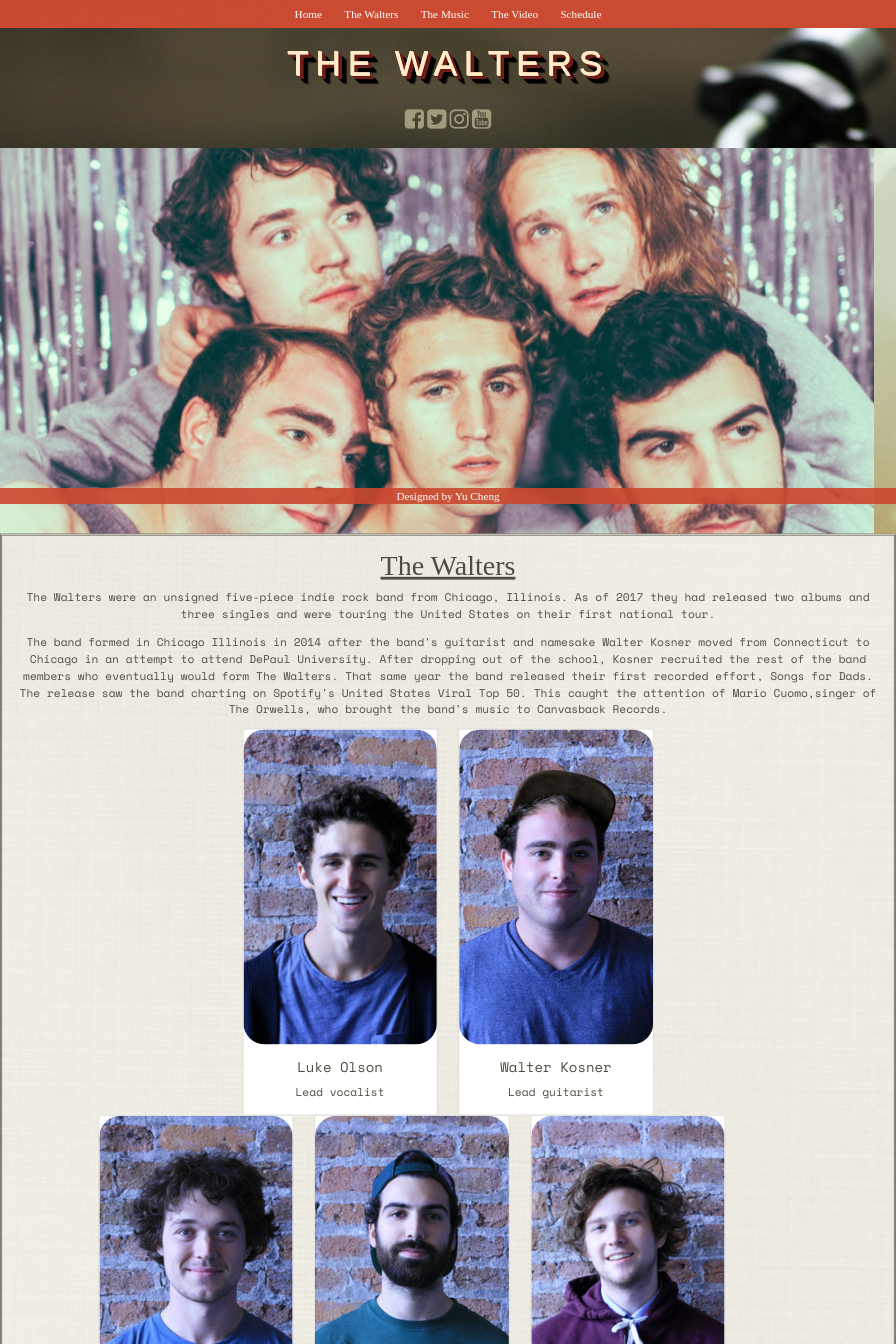
Repository: yucheng91/CIassignment1
Page: index.html
The author's editor kept a record of every edit. The page is drawn from the files as they stood at one moment, then again after the next edit.
The browser window is 1280 px wide. The pictures show the part of the page from y = 0 to 1920 px (the page is 3784 px tall), at 70% of full size.
Backgrounds fixed to the window are drawn as part of the page. Some web fonts or font styles are not loaded; a fallback is used.

Above is the page before.

### index.html
<!doctype html>
<html lang="en">

<head>
  <!-- Required meta tags -->
  <meta charset="utf-8">
  <meta name="viewport" content="width=device-width, initial-scale=1, shrink-to-fit=no">

  <!-- Bootstrap CSS -->
  <link rel="stylesheet" href="https://stackpath.bootstrapcdn.com/bootstrap/4.3.1/css/bootstrap.min.css" integrity="sha384-ggOyR0iXCbMQv3Xipma34MD+dH/1fQ784/j6cY/iJTQUOhcWr7x9JvoRxT2MZw1T" crossorigin="anonymous">
  <link rel="stylesheet" href="style.css" type="text/css" />
  <link rel="stylesheet" href="https://maxcdn.bootstrapcdn.com/font-awesome/4.7.0/css/font-awesome.min.css" type="text/css" />
  <link href='https://fonts.googleapis.com/css?family=Allerta Stencil' rel='stylesheet'>
  <link href="https://fonts.googleapis.com/css?family=Space+Mono&display=swap" rel="stylesheet">
  <link href="https://fonts.googleapis.com/css?family=Righteous&display=swap" rel="stylesheet">
  <script src="https://code.jquery.com/jquery-3.4.1.js" integrity="sha256-WpOohJOqMqqyKL9FccASB9O0KwACQJpFTUBLTYOVvVU=" crossorigin="anonymous"></script>
  <title>The Walters</title>
</head>

<body>
  <header>
    <ul class="nav justify-content-center">
      <li class="nav-item">
        <a class="nav-link active" href="#navhome">Home</a>
      </li>
      <li class="nav-item">
        <a class="nav-link" href="#navwalters">The Walters</a>
      </li>
      <li class="nav-item">
        <a class="nav-link" href="#navmusic">The Music</a>
      </li>
      <li class="nav-item">
        <a class="nav-link" href="#navvideo">The Video</a>
      </li>
      <li class="nav-item">
        <a class="nav-link" href="#navschedule">Schedule</a>
      </li>
    </ul>
  </header>

  <section id="content">
    <section id="title">
      <div class="container-fluid">
        <div class="row">
          <div class="col">
            <span id="navhome" class="anchor"></span>
            <div class="vintage__container">
              <p class="vintage vintage__bot">THE WALTERS</p>
            </div>
          </div>
        </div>
        <div>
          <a href="https://www.facebook.com/TheWaltersband"><i class="fa fa-facebook-square fa-2x" aria-hidden="true"></i></a>
          <a href="https://twitter.com/TheWalters_"><i class="fa fa-twitter-square fa-2x" aria-hidden="true"></i></a>
          <a href="https://www.instagram.com/thewalters_/?hl=en"><i class="fa fa-instagram fa-2x" aria-hidden="true"></i></a>
          <a href="https://www.youtube.com/channel/UCm54E8Hlf_z1GIpVUChBTQA"><i class="fa fa-youtube-square fa-2x" aria-hidden="true"></i></a>
        </div>
      </div>
      </div>
      </br>
    </section>

    <section id="thecarousel">
      <div id="carouselExampleControls" class="carousel slide" data-ride="carousel">
        <div class="carousel-inner">
          <div class="carousel-item active">
            <img class="d-block w-100" src="images/c1.jpg" alt="The Walters Group Photo 1">
          </div>
          <div class="carousel-item">
            <img class="d-block w-100" src="images/c2.jpg" alt="The Walters Group Photo 2">
          </div>
          <div class="carousel-item">
            <img class="d-block w-100" src="images/c3.jpg" alt="The Walters Group Photo 3">
          </div>
        </div>
        <a class="carousel-control-prev" href="#carouselExampleControls" role="button" data-slide="prev">
    <span class="carousel-control-prev-icon" aria-hidden="true"></span>
    <span class="sr-only">Previous</span>
  </a>
        <a class="carousel-control-next" href="#carouselExampleControls" role="button" data-slide="next">
    <span class="carousel-control-next-icon" aria-hidden="true"></span>
    <span class="sr-only">Next</span>
  </a>
      </div>
    </section>

    <section id="themembers">
      <span id="navwalters" class="anchor"></span>
      <h1>The Walters</h1>
      <div class="text-content">
        <p>The Walters were an unsigned five-piece indie rock band from Chicago, Illinois. As of 2017 they had released two albums and three singles and were touring the United States on their first national tour.</p>
        <p>The band formed in Chicago Illinois in 2014 after the band's guitarist and namesake Walter Kosner moved from Connecticut to Chicago in an attempt to attend DePaul University. After dropping out of the school, Kosner recruited the rest of the band
          members who eventually would form The Walters. That same year the band released their first recorded effort, Songs for Dads. The release saw the band charting on Spotify's United States Viral Top 50. This caught the attention of Mario Cuomo,singer
          of The Orwells, who brought the band's music to Canvasback Records.</p>
        <div class="container-fluid">
          <div class="row">
            <div class="col-3"></div>
            <div class="col-12 col-md-3 card-padding">
              <div class="card">
                <img class="card-img-top" src="images/lukeolson.png" alt="Luke Olson Photo">
                <div class="card-body">
                  <h5 class="card-title">Luke Olson</h5>
                  <p class="card-text">Lead vocalist</p>
                </div>
              </div>
            </div>
            <div class="col-12 col-md-3 card-padding">
              <div class="card">
                <img class="card-img-top" src="images/walterkosner.png" alt="Walter Kosner Photo">
                <div class="card-body">
                  <h5 class="card-title">Walter Kosner</h5>
                  <p class="card-text">Lead guitarist</p>
                </div>
              </div>
            </div>
            <div class="col-3"></div>
          </div>
          <div class="row">
            <div class="col-1"></div>
            <div class="col-12 col-md-3 card-padding">
              <div class="card">
                <img class="card-img-top" src="images/charlieekhaus.jpeg" alt="Charlie Ekhaus Photo">
                <div class="card-body">
                  <h5 class="card-title">Charlie Ekhaus</h5>
                  <p class="card-text">Drummer</p>
                </div>
              </div>
            </div>
            <div class="col-12 col-md-3 card-padding">
              <div class="card">
                <img class="card-img-top" src="images/mjtirabassi.jpeg" alt="Michael Tirabassi Photo">
                <div class="card-body">
                  <h5 class="card-title">Michael Tirabassi</h5>
                  <p class="card-text">Vocalist</p>
                </div>
              </div>
            </div>
            <div class="col-12 col-md-3 card-padding">
              <div class="card">
                <img class="card-img-top" src="images/dannywells.png" alt="Danny Wells photo">
                <div class="card-body">
                  <h5 class="card-title">Danny Wells</h5>
                  <p class="card-text">Bass</p>
                </div>
              </div>
            </div>
            <div class="col-1"></div>
          </div>
        </div>
      </div>
    </section>

    <section id="themusic">
      <span id="navmusic" class="anchor"></span>
      <h1>The Music</h1>
      <div class="container-fluid">
        <div class="row">
          <div class="col-2"></div>
          <div class="col-12 col-md-4">
            <iframe src="https://open.spotify.com/embed/album/3MFTbUnA8C9T6KCBb0gpH5" style="border: 0; width: 100%; height: 380px;" allowfullscreen allow="autoplay; encrypted-media"></iframe>
          </div>
          <div class="col-12 col-md-4">
            <iframe src="https://open.spotify.com/embed/album/5ADia0t4o7pA8dyi8jRA4E" style="border: 0; width: 100%; height: 380px;" allowfullscreen allow="autoplay; encrypted-media"></iframe>
          </div>
          <div class="col-2"></div>
    </section>

    <section id="thevideo">
      <span id="navvideo" class="anchor"></span>
      <h1>The Video</h1>
      <div class="embed-responsive embed-responsive-16by9">
        <iframe class="embed-responsive-item" src="https://www.youtube.com/embed/5zfrnme2nJ4" allowfullscreen></iframe>
      </div>
    </section>

    <section id="schedule">
      <span id="navschedule" class="anchor"></span>
        <h1>Schedule 2019</h1>
      <div class="text-content">
        <div class="container-fluid">
          <div class="row">
            <div class="col-12 col-md-3">
              <p>26 July, 8:30pm</p>
            </div>
            <div class="col-12 col-md-6">
              <p>Hard Rock Hotel, Resort World Sentosa</p>
            </div>
            <div class="col-12 col-md-3 text-center">
              <a href="https://www.eventbrite.sg"><button type="button" class="btn btn-dark">RSVP</button></p></a>
            </div>
          </div>
          <div class="row">
            <div class="col-12 col-md-3">
              <p>30 August, 8pm</p>
            </div>
            <div class="col-12 col-md-6">
              <p>Hard Rock Cafe, Orchard Singapore</p>
            </div>
            <div class="col-12 col-md-3 text-center">
              <a href="https://www.eventbrite.sg"><button type="button" class="btn btn-dark">RSVP</button></p></a>
            </div>
          </div>
          <div class="row">
            <div class="col-12 col-md-3">
              <p>27 September, 8:30pm</p>
            </div>
            <div class="col-12 col-md-6">
              <p>Hard Rock Hotel, Resort World Sentosa</p>
            </div>
            <div class="col-12 col-md-3 text-center">
              <a href="https://www.eventbrite.sg"><button type="button" class="btn btn-dark">RSVP</button></p></a>
            </div>
          </div>
          <div class="row">
            <div class="col-12 col-md-3">
              <p>26 October, 8pm</p>
            </div>
            <div class="col-12 col-md-6">
              <p>Hard Rock Cafe, Orchard Singapore</p>
            </div>
            <div class="col-12 col-md-3 text-center">
              <a href="https://www.eventbrite.sg"><button type="button" class="btn btn-dark">RSVP</button></p></a>
            </div>
          </div>
        </div>
      </div>
    </section>
  </section>

  <footer>
    <p>Designed by Yu Cheng</p>
  </footer>

  <!-- Optional JavaScript -->
  <!-- jQuery first, then Popper.js, then Bootstrap JS -->
  <script type="text/javascript" src="jquery.js"></script>
  <script src="https://cdnjs.cloudflare.com/ajax/libs/popper.js/1.14.7/umd/popper.min.js" integrity="sha384-UO2eT0CpHqdSJQ6hJty5KVphtPhzWj9WO1clHTMGa3JDZwrnQq4sF86dIHNDz0W1" crossorigin="anonymous"></script>
  <script src="https://stackpath.bootstrapcdn.com/bootstrap/4.3.1/js/bootstrap.min.js" integrity="sha384-JjSmVgyd0p3pXB1rRibZUAYoIIy6OrQ6VrjIEaFf/nJGzIxFDsf4x0xIM+B07jRM" crossorigin="anonymous"></script>
</body>

</html>

### style.css
/*vintage container for the walters header*/

.vintage__container {
  display: inline-block;
  margin: 25px auto 40px;
}

.vintage {
  font-family: 'Six Caps', sans-serif;
  font-size: 50px;
  letter-spacing: 10px;
  line-height: 1;
  margin: 0;
  position: relative;
}

.vintage__top {
    color:rgb(255, 228, 193);
    position: absolute;
}

.vintage__bot {
  text-shadow:
    0px 0px rgb(255, 228, 193),
    1px 1px rgb(255, 228, 193),
    2px 2px rgb(100, 20, 15),
    3px 3px rgb(105, 25, 20),
    4px 4px rgb(110, 30, 25),
    5px 5px rgb(115, 30, 30),
    6px 6px rgb(120, 30, 35),
    7px 7px black,
    8px 8px black,
    9px 9px black,
    10px 10px black,
    11px 11px rgba(0, 0, 0, 0.9),
    12px 12px rgba(0, 0, 0, 0.7),
    13px 13px rgba(0, 0, 0, 0.5),
    14px 14px rgba(0, 0, 0, 0.1);

}

/*Style for entire website*/

body {
    text-align:center;
    background:url("images/background2.jpg");
}

header {
    position: fixed;
    top: 0;
    width: 100%;
    background-color:#ca482eFA;
    z-index:1;
}

header a{
    color:white;
    font-family: 'Nanum Pen Script', cursive;
}

#title {
    background-color:#f1ede2B3;
    color:rgb(255, 235, 201);
    background:url("images/disc.jpg");
    background-attachment:fixed;
}

i {
    color:rgb(162,155,126);
}

/*img is only for carousel*/
img {
    height: 550px;
    width: 100%;
    object-fit: cover;
}

#schedule{
    background-color:#8adad7B3;
    color:rgb(54,138,138);
    border-width:3px;
    border-style:double;
    margin-bottom:22px;;
    padding:20px;
}

.text-content {
    font-family: 'Space Mono', monospace;
}

#themembers{
    background-color:#f1ede2B3;
    color:rgb(80,76,65);
    padding:20px;
    border-width:3px;
    border-style:double;
}

#themembers img{
    border-radius: 30px;
    height:450px;
}

#themusic{
    background-color:#ff7858B3;
    color:rgb(144,67,41);
    padding:20px;
}

#thevideo{
    color:white;
    padding:20px;
    background:url("images/music.jpg");
    background-attachment:fixed;
}

#thevideo h1{
    background-color:#000000BF;
}

h1 {
    font-family: 'Nanum Pen Script', cursive;
    text-decoration:underline;
}

#content {
    margin-top: 40px;
    z-index:-1;
}

footer {
    position: fixed;
    bottom: 0;
    width: 100%;
    padding:0;
    height:23px;
    background-color:#ca482eE6;
    color:white;
    font-family: 'Nanum Pen Script', cursive;
}

/*anchor class to ensure that navbar will not be blocking the section title when clicked.*/
.anchor{
  display: block;
  height: 40px;
  margin-top: -40px;
  visibility: hidden;
}

/*Font change to address the size change*/
@media (max-width: 521px) {
    #content {
        font-size: 15px;
        margin-top:80px;
    }
    .vintage {
        font-size:40px;
    }

    h1 {
        font-size: 27px;
    }

    p {
        font-size: 15px;
    }
    .anchor{
      display: block;
      height: 80px;
      margin-top: -80px;
      visibility: hidden;
    }
}

@media (max-width:315px) {
    .vintage {
        font-size:30px;
    }

    #content {
        font-size: 15px;
        margin-top:120px;
    }

    h1 {
        font-size:20px;
    }

    .anchor{
      display: block;
      height: 120px;
      margin-top: -120px;
      visibility: hidden;
    }

}

### jquery.js
/* global $ */

$("#thecarousel").hide();
$("#upcomingshow").hide();
$("#themembers").hide();
$("#themusic").hide();
$("#thevideo").hide();

$(function(){
    $("#thecarousel").fadeIn(2000);
    $("#upcomingshow").fadeIn(2500);
    $("#themembers").fadeIn(3000);
    $("#themusic").fadeIn(3500);
    $("#thevideo").fadeIn(4000);
})

After the next edit:
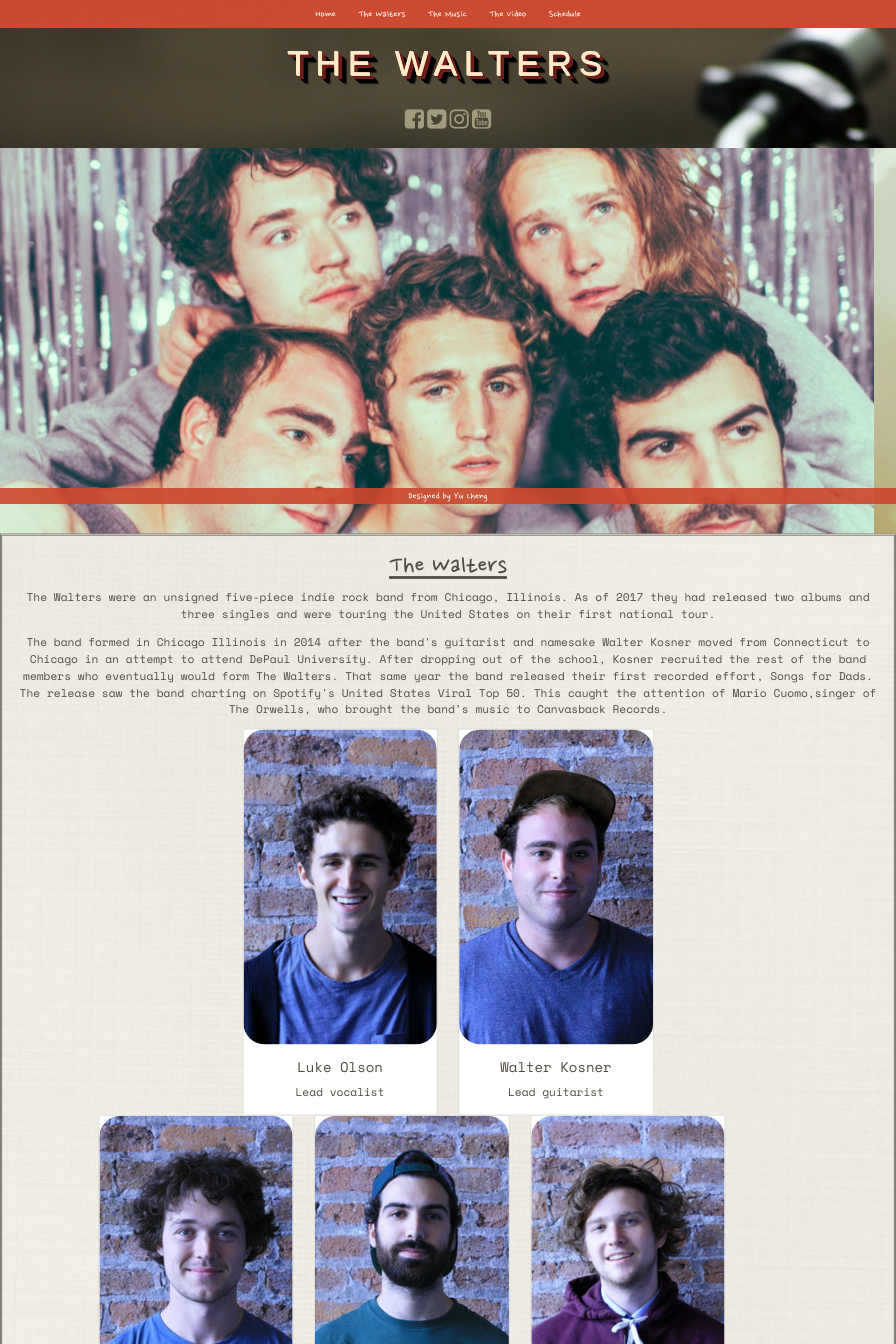
The edit:
--- a/index.html
+++ b/index.html
@@ -13,6 +13,7 @@
   <link href='https://fonts.googleapis.com/css?family=Allerta Stencil' rel='stylesheet'>
   <link href="https://fonts.googleapis.com/css?family=Space+Mono&display=swap" rel="stylesheet">
   <link href="https://fonts.googleapis.com/css?family=Righteous&display=swap" rel="stylesheet">
+  <link href="https://fonts.googleapis.com/css?family=Nanum+Pen+Script&display=swap" rel="stylesheet">
   <script src="https://code.jquery.com/jquery-3.4.1.js" integrity="sha256-WpOohJOqMqqyKL9FccASB9O0KwACQJpFTUBLTYOVvVU=" crossorigin="anonymous"></script>
   <title>The Walters</title>
 </head>
